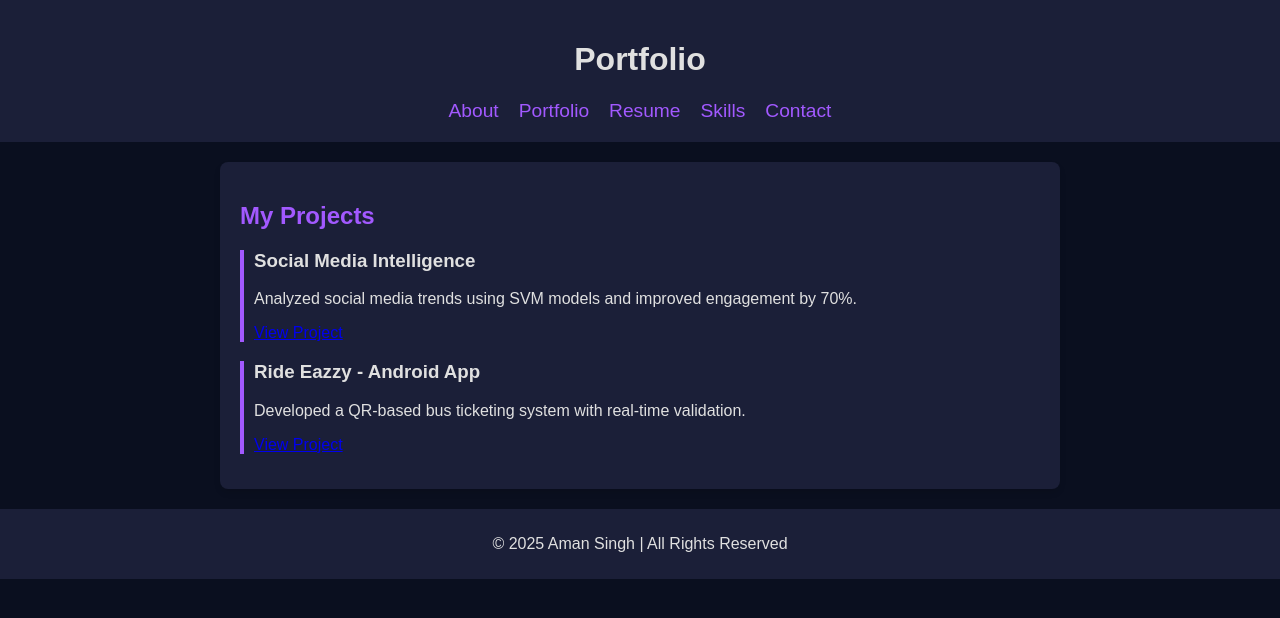
Repository: aman3singh/portfolio
Page: portfolio.html
These files come from the project's save history. The page is drawn as it stood at one moment and after the next save; the edit follows.
The browser window is 1280 px wide. The pictures show the whole page.

Above is the page before, as saved 2025-02-11 18:38:02.

### portfolio.html
<!DOCTYPE html>
<html lang="en">
<head>
    <meta charset="UTF-8">
    <meta name="viewport" content="width=device-width, initial-scale=1.0">
    <title>Aman Singh | Portfolio</title>
    <link rel="stylesheet" href="styles.css">
</head>
<body>
    <header>
        <h1>Portfolio</h1>
        <nav>
            <a href="index.html#about">About</a>
            <a href="portfolio.html" class="active">Portfolio</a>
            <a href="resume.html">Resume</a>
            <a href="index.html#skills">Skills</a>
            <a href="index.html#contact">Contact</a>
        </nav>
    </header>

    <section id="projects">
        <h2>My Projects</h2>
        <div class="project">
            <h3>Social Media Intelligence</h3>
            <p>Analyzed social media trends using SVM models and improved engagement by 70%.</p>
            <a href="https://github.com/your-username/social-media-intelligence" target="_blank">View Project</a>
        </div>
        <div class="project">
            <h3>Ride Eazzy - Android App</h3>
            <p>Developed a QR-based bus ticketing system with real-time validation.</p>
            <a href="https://github.com/your-username/ride-eazzy" target="_blank">View Project</a>
        </div>
    </section>

    <footer>
        <p>© 2025 Aman Singh | All Rights Reserved</p>
    </footer>
</body>
</html>

### styles.css
body {
    font-family: 'Arial', sans-serif;
    margin: 0;
    padding: 0;
    background-color: #0A0F1F;
    color: #E0E0E0;
}

header {
    background-color: #1B1F38;
    color: 	#E0E0E0;
    text-align: center;
    padding: 20px;
}

nav {
    display: flex;
    justify-content: center;
    gap: 20px;
}

nav a {
    color: #A259FF;
    text-decoration: none;
    font-size: 1.2em;
    transition: color 0.3s;
}

nav a:hover {
    color: #00E5FF;
}

section {
    padding: 20px;
    margin: 20px auto;
    max-width: 800px;
    background: #1B1F38;
    box-shadow: 0px 4px 6px rgba(0, 0, 0, 0.1);
    border-radius: 8px;
}

h2 {
    color: #A259FF;
}

.project {
    border-left: 4px solid #A259FF;
    padding-left: 10px;
    margin-bottom: 15px;
}

.social-links {
    display: flex;
    justify-content: center;
    gap: 15px;
    font-size: 2rem;
}

.social-links a {
    color: #A259FF;
    transition: color 0.3s;
}

.social-links a:hover {
    color: #00E5FF;
}

footer {
    text-align: center;
    padding: 10px;
    background-color: #1B1F38;
    color: #E0E0E0;
}

After the next save:
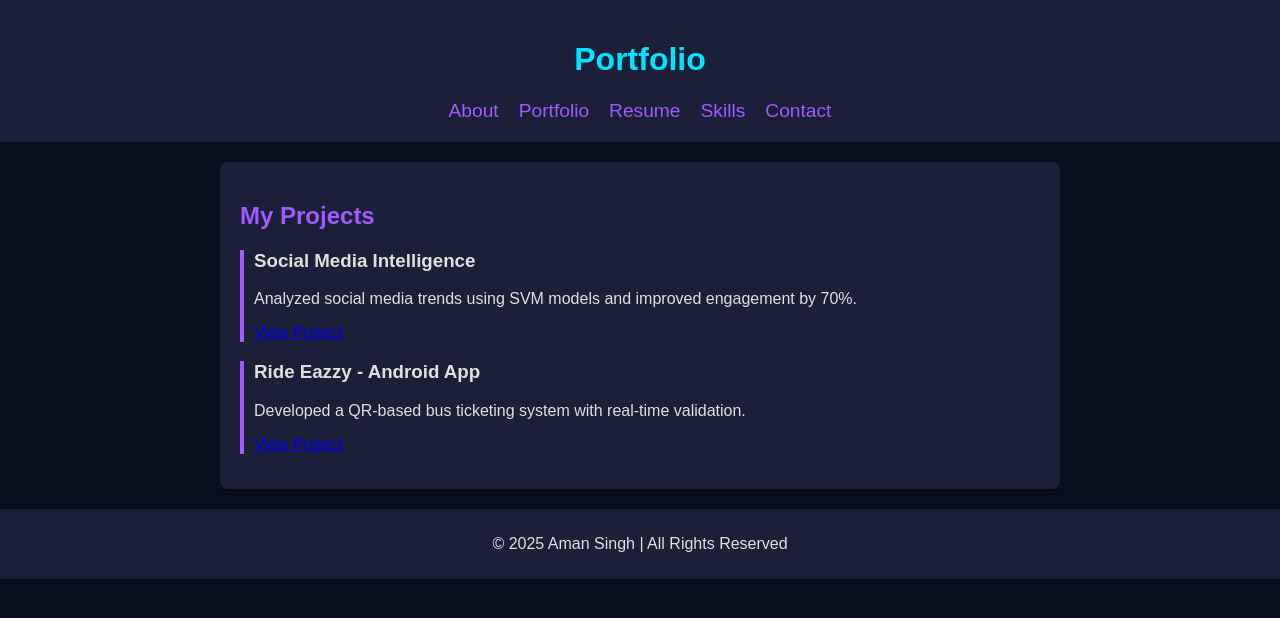
Saved 23 s later.
--- a/styles.css
+++ b/styles.css
@@ -8,7 +8,7 @@
 
 header {
     background-color: #1B1F38;
-    color: 	#E0E0E0;
+    color: 	#00E5FF;
     text-align: center;
     padding: 20px;
 }

After the save that followed:
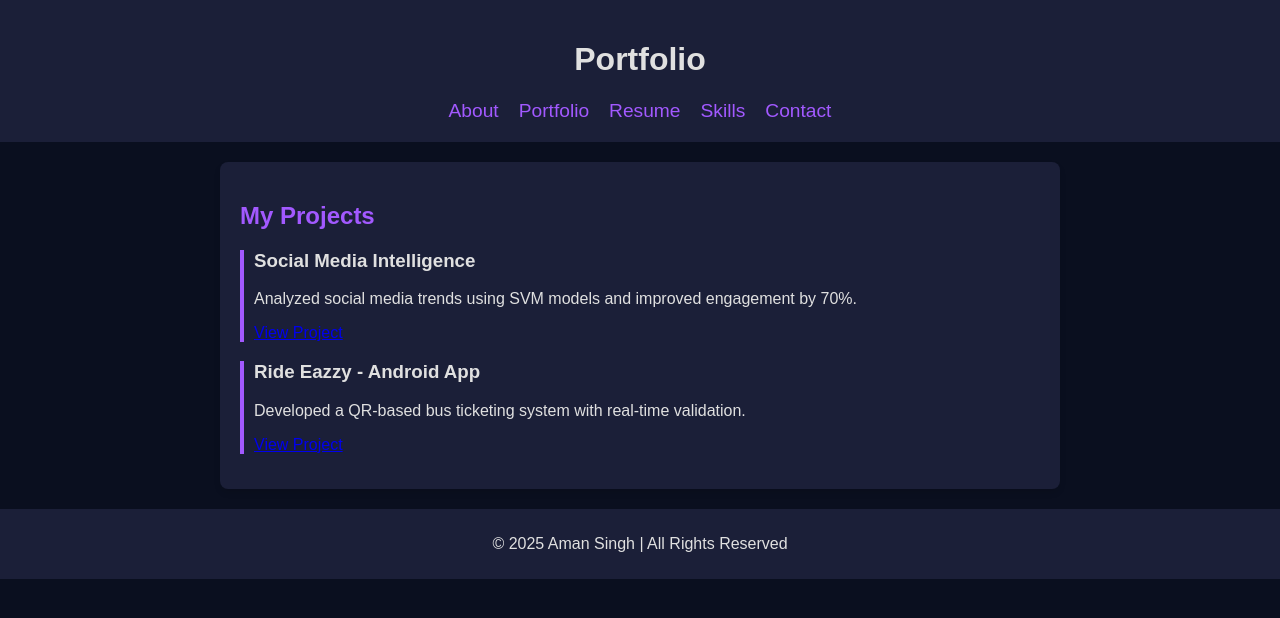
Saved 23 s later.
--- a/styles.css
+++ b/styles.css
@@ -8,7 +8,7 @@
 
 header {
     background-color: #1B1F38;
-    color: 	#00E5FF;
+    color: 	#E0E0E0;
     text-align: center;
     padding: 20px;
 }
